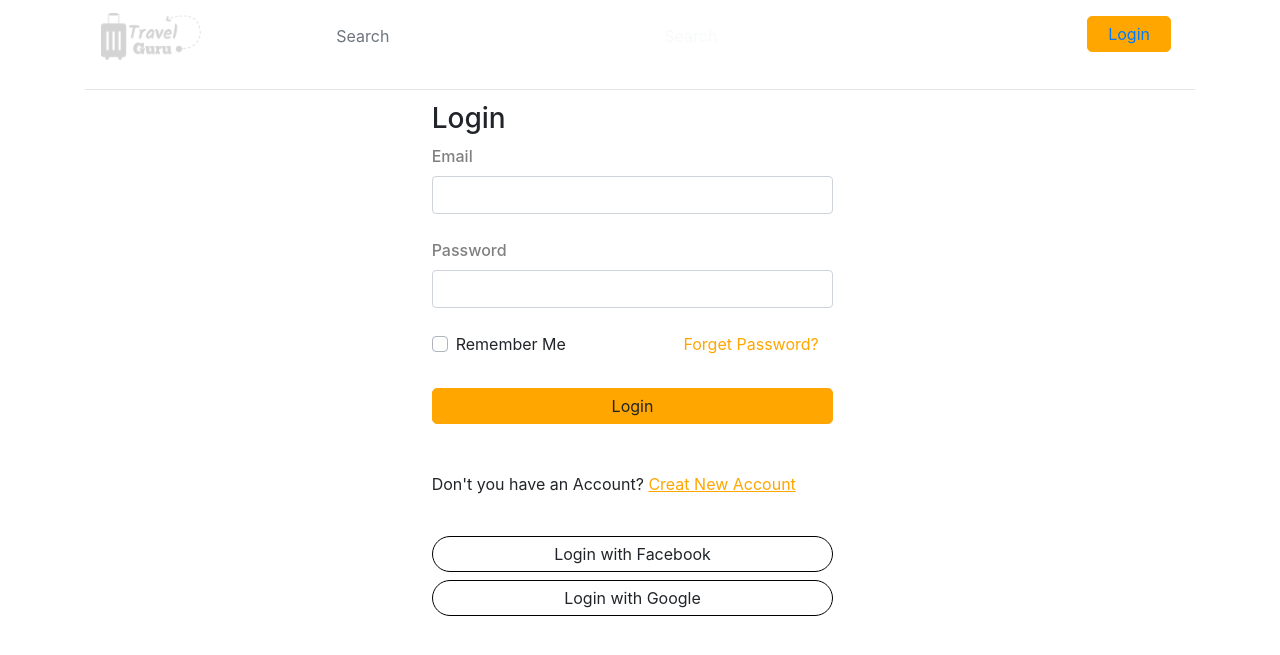
Repository: YunProgrammer/travel-website-project-tho
Page: /login (app in client/)
The author's editor kept a copy of each file at every save. The page is drawn from the files as they stood at one save, then again after the next save.
The browser window is 1280 px wide. The pictures show the whole page.
The project was rebuilt for these pictures with package versions that can differ from the ones it lists, and the page was loaded fresh each time. A package was used in the major version that the imports need, not the one package.json lists. Also part of the build but not shown: client/src/App.css, client/src/Components/HomePage/data.js, client/src/Components/HomePage/HomePage.js, client/src/Components/BookingPage/BookingPage.js, client/src/Components/PrivateRoute/PrivateRoute.js, client/src/Components/SearchPage/searchData.js, client/src/Components/SearchPage/SearchShower.js, client/src/Components/SearchPage/SearchPage.js.

Above is the page before, as saved 2020-09-19 19:44:45.

### client/src/index.js
// import React from 'react';
// import ReactDOM from 'react-dom';
// import './index.css';
// import App from './App';
// import * as serviceWorker from './serviceWorker';
// import './index.css';
// import { BrowserRouter } from 'react-router-dom';
// ReactDOM.render(
//   <React.StrictMode>
//     <BrowserRouter>
//     <App />
//     </BrowserRouter>
//   </React.StrictMode>,
//   document.getElementById('root')
// );

// If you want your app to work offline and load faster, you can change
// unregister() to register() below. Note this comes with some pitfalls.
// Learn more about service workers: https://bit.ly/CRA-PWA
// serviceWorker.unregister();
import React from 'react';
import ReactDOM from 'react-dom/client';
import './index.css';
import App from './App';
import { BrowserRouter } from 'react-router-dom';
import { AuthProvider } from './Components/authProvider';
const root = ReactDOM.createRoot(document.getElementById('root'));
root.render(
  <React.StrictMode>
    <BrowserRouter>
    <AuthProvider>
        <App />
    </AuthProvider>
    </BrowserRouter>

  </React.StrictMode>
);

### client/src/index.css
@import url('https://fonts.googleapis.com/css2?family=Open+Sans:wght@400;500;600;700&display=swap');


body {
  margin: 0;
  font-family: -apple-system, BlinkMacSystemFont, 'Segoe UI', 'Roboto', 'Oxygen',
    'Ubuntu', 'Cantarell', 'Fira Sans', 'Droid Sans', 'Helvetica Neue',
    sans-serif;
  -webkit-font-smoothing: antialiased;
  -moz-osx-font-smoothing: grayscale;
}

code {
  font-family: source-code-pro, Menlo, Monaco, Consolas, 'Courier New',
    monospace;
}
@tailwind base;
@tailwind components;
@tailwind utilities;

### client/src/App.js
import React from 'react';
import { createContext, useState } from 'react';
import './App.css';
import {
  BrowserRouter as Router,
  Switch,
  Route
} from "react-router-dom";
import HomePage from './Components/HomePage/HomePage';
import BookingPage from './Components/BookingPage/BookingPage';
import NavBar from './Components/NavBar/NavBar';
import LogInPage from './Components/LogInPage/LogInPage';
import PrivateRoute from './Components/PrivateRoute/PrivateRoute';
import SearchPage from './Components/SearchPage/SearchPage';

export const userStatusContext = createContext();

function App() {
  const[userStatus, setUserStatus] = useState({
    isNewUser: false,
  });

  return (
    <userStatusContext.Provider value={[userStatus, setUserStatus]}>
    <Router>
      <NavBar />
      <Switch>
        <Route exact path="/" component={HomePage} />
        <Route exact path="/Booking/:category" component={BookingPage} />
        <Route exact path="/login" component={LogInPage} />
        <PrivateRoute path="/searches">
          <SearchPage />
        </PrivateRoute>
      </Switch>
    </Router>
    </userStatusContext.Provider>
  );
}

export default App;

### client/src/Components/authProvider/index.js
import { createContext, useState } from "react";

const AuthContext = createContext({});

export const AuthProvider = ({ children }) => {
    const [auth, setAuth] = useState({});

    return (
        <AuthContext.Provider value={{ auth, setAuth }}>
            {children}
        </AuthContext.Provider>
    )
}

export default AuthContext;

### client/src/Components/NavBar/NavBar.js
import React, { useContext } from 'react';
import logo from '../../images/Logo.png';
import '../HomePage/HomePage.css';
import { Link } from "react-router-dom";
import * as firebase from "firebase/app";
import { Form, FormControl, Nav, Navbar, Container, Button} from 'react-bootstrap';
import { userStatusContext } from '../../App';

const NavBar = () => {
    const NavLinksClassVersion = "ml-sm-2 ml-3 mr-sm-2 mr-3 navLinks";
    const[userStatus, setUserStatus] = useContext(userStatusContext);
    console.log(userStatus);
    //signOut operation starts from here
    const signOut = () => {
        firebase.auth().signOut().then(function() {
            // Sign-out successful.
        }).catch(function(error) {
        // An error happened.
        });
        const updateUserStatus = {...userStatus};
        delete updateUserStatus.authorized;
        setUserStatus(updateUserStatus);
    }

    return (
        <div>
            <Container className="fixed-top">
            <Navbar className="myNavStyle">
            <Navbar.Brand><Link to="/"><img src={logo} alt="" className="logo"/></Link></Navbar.Brand>
            <Navbar.Toggle aria-controls="basic-navbar-nav" />
            <Navbar.Collapse id="basic-navbar-nav">
                <Form inline className="ml-sm-2 ml-md-auto">
                <FormControl type="text" placeholder="Search" className="mr-sm-2 border border-white rounded-pill mySearchStyle"/>
                <Button variant="outline-light" className="border border-white rounded-pill">Search</Button>
                </Form>
                <Nav>
                <Nav.Link href="#" className={NavLinksClassVersion}>News</Nav.Link>
                <Nav.Link href="#" className={NavLinksClassVersion}>Destination</Nav.Link>
                <Nav.Link href="#" className={NavLinksClassVersion}>Blog</Nav.Link>
                <Nav.Link href="#" className={NavLinksClassVersion}>Contact</Nav.Link>
                {
                    userStatus.authorized
                    ?   <button className="ml-sm-2 ml-3 mr-sm-2 mr-3 myBtn" onClick={signOut}>Logout</button>
                    :   <Link to="/login"><button className="ml-sm-2 ml-3 mr-sm-2 mr-3 myBtn">Login</button></Link>
                }
                </Nav>
            </Navbar.Collapse>
            </Navbar>
            <hr/>
            </Container>
        </div>
    );
};

export default NavBar;

### client/src/Components/LogInPage/LogInPage.js
import React, { useContext, useState } from 'react';
import '../HomePage/HomePage.css';
import { Link, useHistory, useLocation } from "react-router-dom";
import { Form, Row, Col, Alert } from 'react-bootstrap';
import * as firebase from "firebase/app";
import "firebase/auth";
import firebaseConfig from '../../firebase.config';
import { userStatusContext } from '../../App';


//styling portion is here
const LogInPageStyle = {
    LogInPageStyle:{
        paddingTop: '8%',
        paddingBottom: '2%',
    },
    inputText:{
        color: 'grey',
        fontWeight: '500',
    },
    optionalBtn:{
        width: '100%',
        border:'1px solid black',
        borderRadius: '25px',
        padding: '5px 0px',
    },
    link:{
        color: 'rgb(255, 166, 0)',
        cursor: 'pointer',
        textDecoration: 'underline',
    }

}
//Styling portion ends here


//firebase initialization
firebase.initializeApp(firebaseConfig);


const LogInPage = () => {

    const[userStatus, setUserStatus] = useContext(userStatusContext); //Calling Context api
    console.log(userStatus);
    const[authCondition, setAuthCondition] = useState({});

    //things for private routing
    const history = useHistory();
    const location = useLocation();
    const { from } = location.state || { from: { pathname: "/" } };
    //things for private routing ends here.....
    // & the rest thing is below.....

    const updatingAuthCondition = (boolean, message) =>{
        const authStatus = {
            authSuccess: boolean,
            authMessage: message,
        }
        setAuthCondition(authStatus);
    }

    //showing alert if password didn't match while creating a new account
    const [show, setShow] = useState(false);
    const myAlert =
        <Alert variant="danger" onClose={() => setShow(false)} dismissible>
        <Alert.Heading>Your Password didn't match</Alert.Heading>
        <p>Make sure that you type the same password in the 'confirmPassword' box which you gave in the 'password' box. </p>
    </Alert>;
    //showing alert ends here.....

    //Google LogIn starts here
    const loginWithGoogle = () =>{
        const provider = new firebase.auth.GoogleAuthProvider(); //declaring Google Provider
        const updateUserStatus = {...userStatus};
        firebase
        .auth()
        .signInWithPopup(provider)
        .then(function(result) {
            var user = result.user;
            //updating userStatus
            updateUserStatus.email= user.email;
            updateUserStatus.authorized= user.email;
            updatingAuthCondition(true, "You've signed in successfully");
            history.replace(from);
          })
        .catch(function(error) {
            var errorMessage = error.message;
            updatingAuthCondition(false, errorMessage);
        });
        setUserStatus(updateUserStatus);
    }
    //Google LogIn ends here.....


    //Facebook LogIn starts here
    const loginWithFacebook = () =>{
        const fbProvider = new firebase.auth.FacebookAuthProvider(); //declaring Facebook Provider
        const updateUserStatus = {...userStatus};
        firebase
        .auth()
        .signInWithPopup(fbProvider)
        .then(function(result) {
            const user = result.user;
            //updating userStatus
            updateUserStatus.email= user.email;
            updateUserStatus.authorized= user.displayName;
            updatingAuthCondition(true, "You've signed in successfully");
            history.replace(from);
        })
        .catch(function(error) {
            const errorMessage = error.message;
            updatingAuthCondition(false, errorMessage);
        });
        setUserStatus(updateUserStatus);
    }
    //Facebook LogIn ends here.....


    //"Declaring SignUp or SignIn option" starts here
    const signInOrSignUpDeclaration = (operationName) => {
        const updateUserStatus = {...userStatus};
        if (operationName === 'signIn') {
            updateUserStatus.isNewUser= false;
        }
        else if (operationName === 'signUp') {
            updateUserStatus.isNewUser= true;
        }
        setUserStatus(updateUserStatus);
    }
    //"Declaring SignUp or SignIn option" ends here.....


    //taking Inputs from inputFields and updating contextApi
    const takingFieldDataAndUpdatingContextAPI = e =>{
        const name = e.target.name;
        const value = e.target.value;
        let isInputFieldValid = true;

        //password and email validation
        if(name === 'email'){
            isInputFieldValid = /\S+@\S+\.\S+/.test(value);
            if (isInputFieldValid === true) {
                updatingAuthCondition(true, "  ");
            }else{
                updatingAuthCondition(false, "Invalid email");
            }
        }
        if(name === 'password'){
            isInputFieldValid = /^(?=.*\d)(?=.*[a-z])(?=.*[A-Z])[0-9a-zA-Z]{6,}$/.test(value);
            //checking at least 6 characters(one number, one uppercase & one lowercase)
            console.log(isInputFieldValid);
            if (isInputFieldValid === true) {
                updatingAuthCondition(true, "  ");
            }else{
                updatingAuthCondition(false, "Invalid password");
            }
        }
        if(name === 'confirmPassword'){
            if (userStatus.confirmPassword === userStatus.password) {
                setShow(false);
            }else{
                setShow(true);
            }
        }
        if (isInputFieldValid) {
            const userInfo = {...userStatus};
            userInfo[name] = value;
            setUserStatus(userInfo);
        }
    }
    //taking Inputs from inputFields and updating contextApi ends here.....


    //Sign in or Sign up Option starts from here
    const signUpOrSignInOperation = e => {

        // SigningIn of an already existing user
        if (userStatus.isNewUser === false ) {
            firebase
            .auth()
            .signInWithEmailAndPassword(userStatus.email, userStatus.password)
            .then( res =>{
                updatingAuthCondition(true, "You've signed in successfully");
                const updateUserStatus = {...userStatus};
                updateUserStatus.authorized= res.user.email;
                setUserStatus(updateUserStatus);
                history.replace(from);
            })
            .catch(function(error) {
                const errorMessage = error.message;
                updatingAuthCondition(false, errorMessage)
            });
        }

        //Creating a new User Account
        if (userStatus.isNewUser === true) {

            updatingAuthCondition(false, '');

            if (userStatus.confirmPassword === userStatus.password) {
                setShow(false);
                firebase
                .auth()
                .createUserWithEmailAndPassword(userStatus.email, userStatus.password)
                .then(res => {
                    const updateUserStatus = {...userStatus};
                    updateUserStatus.isNewUser= false;
                    updateUserStatus.authorized= res.user.email;
                    // console.log("account created");
                    setUserStatus(updateUserStatus);
                    history.replace(from);
                })
                .catch(function(error) {
                    const errorMessage = error.message;
                    console.log(errorMessage);
                });
            }
            else{ setShow(true) }
        }

        e.preventDefault();
    }
    //Sign in or Sign up Option ends from here



    return (

        <div style={LogInPageStyle.LogInPageStyle}>
            <Row style={{marginRight:"0px"}}>
            <Col md={4}></Col>

            <Col sm={12} md={4}>

                { show && myAlert }
                {authCondition.authSuccess ===true && <p style={{color: 'green'}}>{authCondition.authMessage}</p> }
                {authCondition.authSuccess ===false && <p style={{color: 'red'}}>{authCondition.authMessage}</p> }

                {   /**Showing Conditionally 'Title'*/
                    userStatus.isNewUser
                    ?<h3>Creat New Account</h3>
                    :<h3>Login</h3>
                    /**Showing Conditionally ends here*/
                }

                <Form>
                <Form.Group >

                    {   /**Showing Conditionally 'Name Fields'*/
                        userStatus.isNewUser && <div>
                            <Form.Label style={LogInPageStyle.inputText}>First Name</Form.Label>
                            <Form.Control type="text" name="fName" onBlur={takingFieldDataAndUpdatingContextAPI} />
                            <br/>
                            <Form.Label style={LogInPageStyle.inputText}>Last Name</Form.Label>
                            <Form.Control type="text" name="lName" onBlur={takingFieldDataAndUpdatingContextAPI} />
                            <br/>
                        </div>
                        /**Showing Conditionally ends here*/
                    }
                    <Form.Label style={LogInPageStyle.inputText}>Email{userStatus.isNewUser && <span style={{color:'red'}}>*</span>}</Form.Label>
                    <Form.Control type="email" name="email" onBlur={takingFieldDataAndUpdatingContextAPI} required />
                    <br/>

                    <Form.Label style={LogInPageStyle.inputText}>Password{userStatus.isNewUser && <span style={{color:'red'}}>*</span>}</Form.Label>
                    <Form.Control type="password" name="password" onBlur={takingFieldDataAndUpdatingContextAPI} required />

                    {userStatus.isNewUser && <p><small>Password must have 6 characters<i>(1 number, 1 uppercase and 1 lowercase)</i></small></p> }
                    <br/>

                    {   /**Showing Conditionally 'confirm password' filed*/
                        userStatus.isNewUser && <div>
                            <Form.Label style={LogInPageStyle.inputText}>Confirm Password<span style={{color:'red'}}>*</span></Form.Label>
                            <Form.Control type="password" name="confirmPassword" onBlur={takingFieldDataAndUpdatingContextAPI} required />
                        </div>
                        /**Showing Conditionally ends here*/
                    }
                    <Row>
                        <Col sm={7}>
                            <Form.Check
                            type="checkbox"
                            id="customControlAutosizing"
                            label="Remember Me"
                            custom
                            />
                        </Col>
                        <Col sm={5}>
                            <Link style={{color: 'rgb(255, 166, 0)'}}><p>Forget Password?</p></Link>
                        </Col>
                    </Row>
                </Form.Group>
                    <button className="myBtn" style={{width: '100%'}} onClick={signUpOrSignInOperation}>
                        {   /**Showing Conditionally 'Button Name'*/
                            userStatus.isNewUser
                            ?'Creat New account'
                            :'Login'
                            /**Showing Conditionally ends here*/
                        }
                    </button>
                </Form>
                    <br/>
                    <br/>
                {
                    userStatus.isNewUser
                    ?<p>Already have an Account? <span style={LogInPageStyle.link} onClick={()=>signInOrSignUpDeclaration('signIn')}>Login</span></p>
                    :<p>Don't you have an Account? <span style={LogInPageStyle.link} onClick={()=>signInOrSignUpDeclaration('signUp')}>Creat New Account</span></p>
                }

                <br/>

                <button style={LogInPageStyle.optionalBtn} onClick={loginWithFacebook} className="mb-2">
                    Login with Facebook
                </button>
                <br/>

                <button style={LogInPageStyle.optionalBtn} onClick={loginWithGoogle}>
                    Login with Google
                </button>

            </Col>
            <Col md={4}></Col>
            </Row>
        </div>
    );
};

export default LogInPage;

### client/src/Components/HomePage/HomePage.css
@import url('https://fonts.googleapis.com/css2?family=Montserrat:ital,wght@0,500;0,700;1,300;1,600&display=swap');
.homePage{
    background: url(../../images/Image/Rectangle\ 1.png);
    box-shadow: inset 0 0 0 1000px rgba(0, 0, 0, 0.644);
    padding-top: 5%;
    padding-bottom: 5.5%;
    background-size: 100%;
    height: 100vh;
}
.homeMainPortion h1, .homeMainPortion p{
    color: white;
    font-family: 'Montserrat', sans-serif;
}
.SelectedPlace{
    padding-left: 30px;
    padding-top: 20px;
}
.SelectedPlace h1{
    text-transform: uppercase;
    font-size: 50px;
    font-weight: 800;
}
.headerImg{
    display: flex;
    justify-content: space-between;
}
.selectedItem{
    border: 4px solid orange;
}
.headerImg  img{
    width: 90%;
    background: linear-gradient(0.12deg, #000000 0.1%, rgba(0, 0, 0, 0) 69.96%);
    border-radius: 20px;
}
.headerImg  img:hover{
    box-sizing: border-box;
    border: 4px solid orange;
    overflow: hidden;
}
.logo{
    width: 100px;
    color: white;
    margin: 0px;
    filter: invert(100%);
}
.myNavStyle{
    background-color: rgba(240, 248, 255, 0) !important;
}
.mySearchStyle{
    background-color: rgba(255, 255, 255, 0.239) !important;
    width: 20rem !important;
}
.navLinks{
    color: white !important;
}
.myBtn{
    background-color: rgb(255, 166, 0);
    border: 1px solid rgb(255, 166, 0);
    border-radius: 5px;
    padding: 5px 20px;
}
.homeMainPortion{
    padding: 50px 0px;
    padding-top: 5rem;
    margin: 0px;
}
.toggleBtn{
    font-size: 30px;
    width: 55px;
    height: 55px;
    border: 1px solid white;
    border-radius: 50%;
}
.toggleBtn:hover{
    background-color: orange;
}
.toggleBtn:nth-child(2){
    margin-left: 20px;
}
.controls{
    position: absolute;
    left: 50%;
    transform: translateX(-50%);
}

### client/src/firebase.config.js
const firebaseConfig = {
    apiKey: "AIzaSyA6GPOLMEMaNXbgFD-BDFOklLORKaBoGVE",
    authDomain: "travel-guru-aa.firebaseapp.com",
    databaseURL: "https://travel-guru-aa.firebaseio.com",
    projectId: "travel-guru-aa",
    storageBucket: "travel-guru-aa.appspot.com",
    messagingSenderId: "246451434793",
    appId: "1:246451434793:web:869d4ef5ee22dc2ddb7338"
  };
export default firebaseConfig;

Loaded but not shown: client/public/index.html (common file); client/tailwind.config.js (common file)

After the next save:
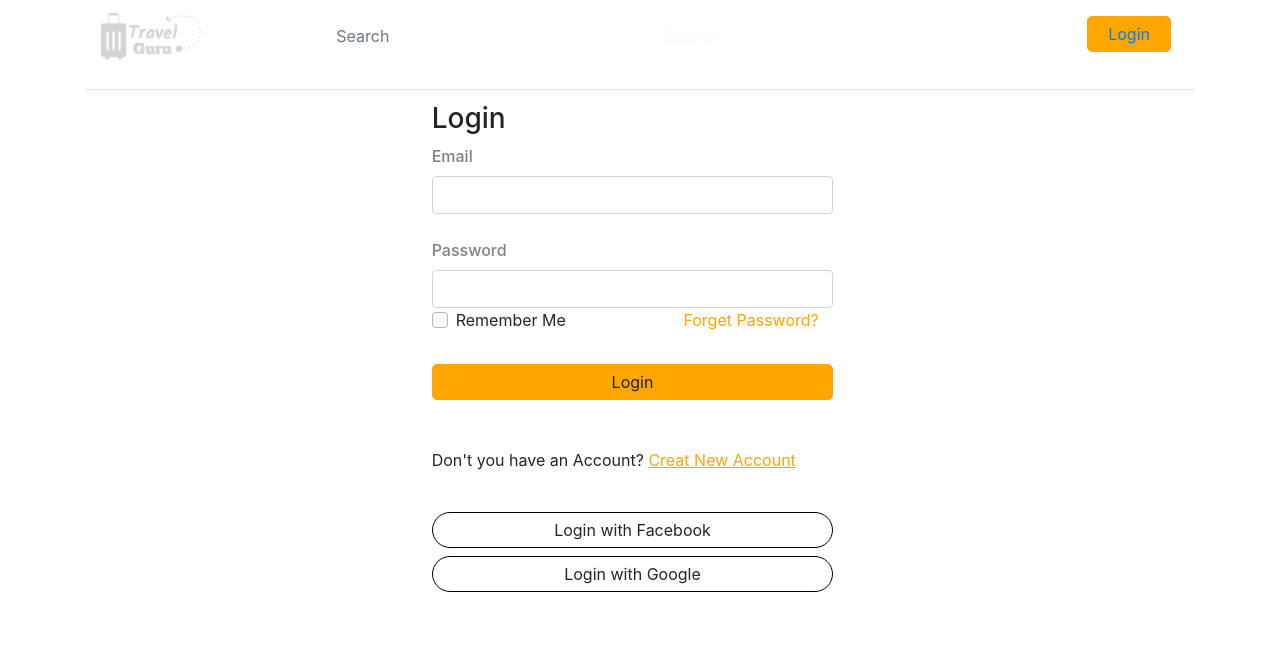
Saved 52 s later.
--- a/client/src/Components/LogInPage/LogInPage.js
+++ b/client/src/Components/LogInPage/LogInPage.js
@@ -265,7 +265,7 @@ const LogInPage = () => {
                     <Form.Control type="password" name="password" onBlur={takingFieldDataAndUpdatingContextAPI} required />
 
                     {userStatus.isNewUser && <p><small>Password must have 6 characters<i>(1 number, 1 uppercase and 1 lowercase)</i></small></p> }
-                    <br/>
+                    {/* <br/> */}
 
                     {   /**Showing Conditionally 'confirm password' filed*/
                         userStatus.isNewUser && <div>
